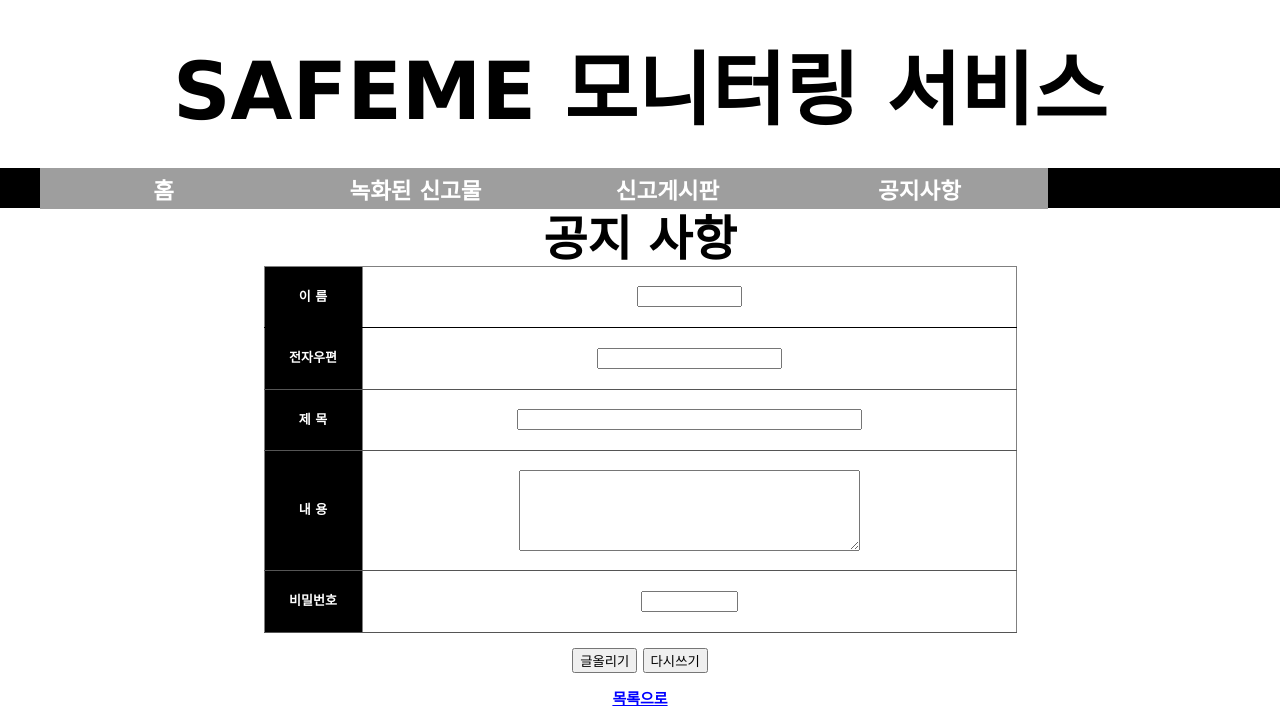
Repository: imdasom/SafeMe
Page: http://localhost/SafeMe/homepage/write1.jsp
An editor plug-in stored every save of this project. The page is shown before and after the next save, followed by the edit.
The browser window is 1280 px wide. The pictures show the whole page.
Pictures or frames that could not be fetched are drawn as grey boxes. The page is served by Tomcat 9.

Above is the page before, as saved 2015-12-15 19:13:55.

### FinalSafeMeWeb/SafeMe/homepage/write1.jsp
<%@ page language="java" contentType="text/html; charset=UTF-8" pageEncoding="UTF-8" trimDirectiveWhitespaces="true"%>
<!DOCTYPE html PUBLIC "-//W3C//DTD HTML 4.01 Transitional//EN" "http://www.w3.org/TR/html4/loose.dtd">
<html>
<head>
<jsp:include page="Home.jsp" flush="false" /><br /><br />
<style>
tbody tr:first-child {
    color: #000;
}

table {
    border-collapse: collapse;
}

</style>




<title>공지사항</title>
<script language=javascript>
        function check() {
                if(document.myform.b_name.value.length==0) {
                        alert("이름을 써주세요");
                        myform.w_name.focus();
                        return false;
                }
                if(document.myform.b_title.value.length==0) {
                        alert("제목을 써주세요.");
                        myform.b_title.focus();
                        return false;
                }
                if(document.myform.b_content.value.length==0) {
                        alert("내용을 써주세요.");
                        myform.b_content.focus();
                        return false;
                }
                if(document.myform.b_pwd.value.length==0) {
                        alert("수정시 필요한 비밀번호를 써주세요.");
                        myform.b_pwd.focus();
                        return false;
                }
                document.myform.submit();
        }
</script>
</head>

<body bgcolor="white" text="black" link="blue" vlink="red" alink="red">

<p align="center"><font color="#00000" size="30"><font size="30"></font><b>공지 사항</b></font>
<table border="1" cellpadding="4" align="center">
    <tr>
        <td width="89" bgcolor="#00000"><p align="center"><font size="2" color="white">이
            름</font></td>
        <td width="645"><form name="myform" method="post" action=write_act1.jsp>
            <p><input type="text" name="b_name" maxlength="10" size="10"></td>
    </tr>
    <tr>
        <td width="89" bgcolor="#00000"><p align="center"><font size="2" color="white">전자우편
</font></td>
        <td width="645"><p><input type="text" name="b_mail" maxlength="30"></td>
    </tr>
    <tr>
        <td width="89" bgcolor="#00000"><p align="center"><font size="2" color="white">제
            목</font></td>
        <td width="645"><p><input type="text" name="b_title" maxlength="60"
size="40"></td>
    </tr>
    <tr>
        <td width="89" bgcolor="#00000"><p align="center"><font size="2" color="white">내
            용</font></td>
        <td width="645"><p><textarea name="b_content" rows="5"
cols="40"></textarea></td>
    </tr>
    <tr>
        <td width="89" bgcolor="#00000"><p align="center"><font size="2" color="white">비밀번호
</font></td>
        <td width="645"><p><input type="password" name="b_pwd" maxlength="12"
             size="9"></td>
    </tr>
</table>
<p align="center"><input type="button" value="글올리기" onclick="check()"> <input
 type="reset" value="다시쓰기">
</p></form>
<center> <a href="list1.jsp"> 목록으로 </a>



</body>
</html>

### FinalSafeMeWeb/SafeMe/homepage/Home.jsp
<%@ page language="java" contentType="text/html; charset=EUC-KR"
	pageEncoding="EUC-KR"%>
<!DOCTYPE html PUBLIC "-//W3C//DTD HTML 4.01 Transitional//EN" "http://www.w3.org/TR/html4/loose.dtd">
<html xmlns="http://www.w3.org/1999/xhtml">
<head>
<meta http-equiv="Content-Type" content="text/html; charset=iso-8859-1" />
<title>대한민국 치안 방지 프로젝트</title>
<style type="text/css">
<!--
body {
	margin: 0;
	padding: 0;
	font: bold 15px/1.5em 맑은 고딕, Verdana, Arial, Helvetica, sans-serif;
}

h2 {
	font: bold 80px 맑은 고딕, Verdana, Arial, Helvetica, sans-serif;
	color: #000;
	margin: 26px;
	padding: 0px 0px 0px 0px;
}

/*- Menu Tabs E--------------------------- */
#tabsE {
	float: left;
	width: 100%;
	background: #000;
	font-size: 150%;
	line-height: normal;
	height: 40px;
}

#tabsE ul {
	margin: 0;
	/* padding:10px 10px 0 50px; */
	list-style: none;
	text-align: center;
}

#tabsE li {
	display: inline;
	margin: 0;
	padding: 0;
}

#tabsE a {
	float: left;
	background: url("tableftE.gif") no-repeat left top;
	margin: 0;
	padding: 0 0 0 4px;
	text-decoration: none;
	width: 20%;
}

#tabsE a span {
	float: left;
	display: block;
	background: url("tabrightE.gif") no-repeat right top;
	padding: 5px 15px 4px 6px;
	color: #FFF;
}
/* Commented Backslash Hack hides rule from IE5-Mac \*/
#tabsE a span {
	float: none;
}
/* End IE5-Mac hack */
#tabsE a:hover span {
	color: #FFF;
}

#tabsE a:hover {
	background-position: 0% -42px;
}

#tabsE a:hover span {
	background-position: 100% -42px;
}

#tabsE #current a {
	background-position: 0% -42px;
}

#tabsE #current a span {
	background-position: 100% -42px;
}

--> /* 게시판 css */
table {
	border-collapse: collapse;
	border-bottom-color: #000;
	text-align: center;
}

tbody tr:first-child {
	color: #000;
	text-align: center;

}

thead {
	background-color: #f4f4f4; /* border-bottom:1px solid #f4f4f4; */
}

tbody tr:hover {
	cursor: pointer;
}

tbody tr:first-child th {
	background: #000;
}

tbody tr:first-child th p font {
	color: #fff;
}


tbody tr:not(:FIRST-CHILD){
	border-bottom: 1px solid #555;
}

tbody tr:not(:first-child) th p a {
	text-decoration: none;
}

</style>
</head>
<body>

	<h2 style="text-align: center;">SAFEME 모니터링 서비스</h2>
	<div id="tabsE">
		<ul>
			<!-- CSS Tabs -->
			<li><a href="HomeImage.jsp"><span>홈</span></a></li>
			<li><a href="recordkesipan.jsp"><span>녹화된 신고물</span></a></li>
			<li><a href="sinkokyesipan.jsp"><span>신고게시판</span></a></li>
			<li><a href="list1.jsp"><span>공지사항</span></a></li>

		</ul>
	</div>

</body>

</html>

After the next save:
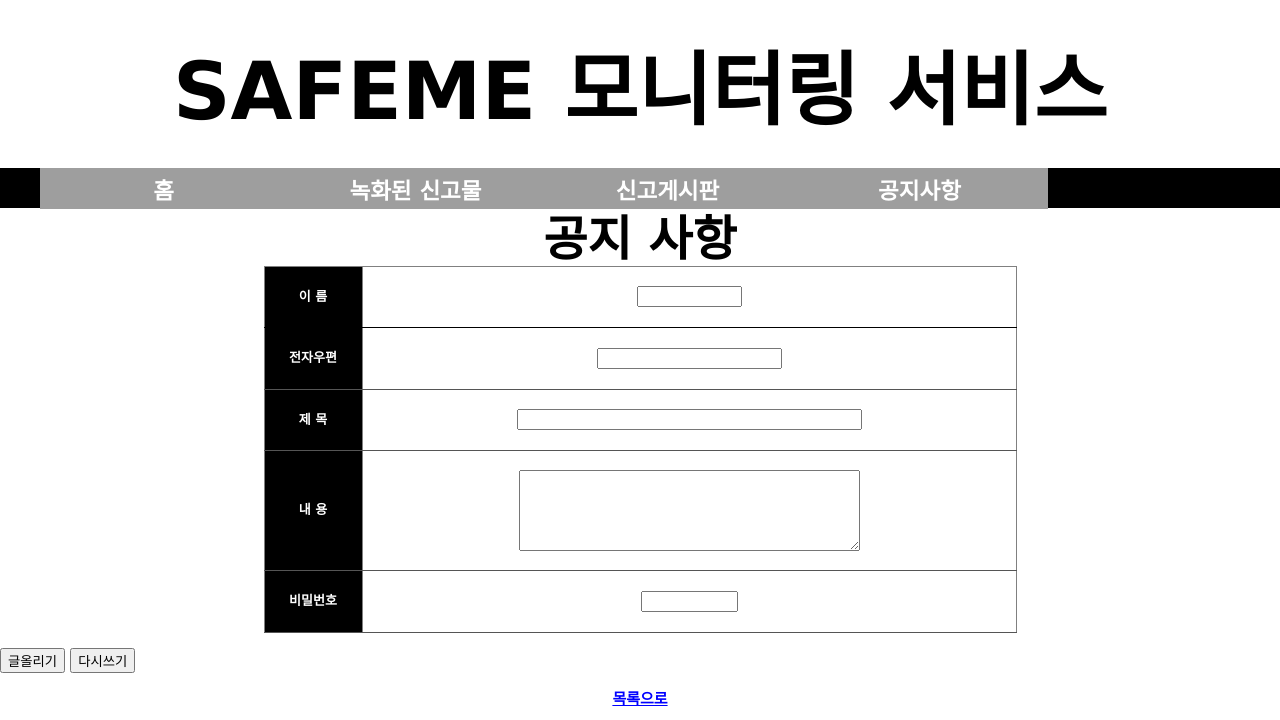
Saved 22 s later.
--- a/FinalSafeMeWeb/SafeMe/homepage/write1.jsp
+++ b/FinalSafeMeWeb/SafeMe/homepage/write1.jsp
@@ -79,7 +79,7 @@ cols="40"></textarea></td>
              size="9"></td>
     </tr>
 </table>
-<p align="center"><input type="button" value="글올리기" onclick="check()"> <input
+<p><input type="button" value="글올리기" onclick="check()"> <input
  type="reset" value="다시쓰기">
 </p></form>
 <center> <a href="list1.jsp"> 목록으로 </a>
